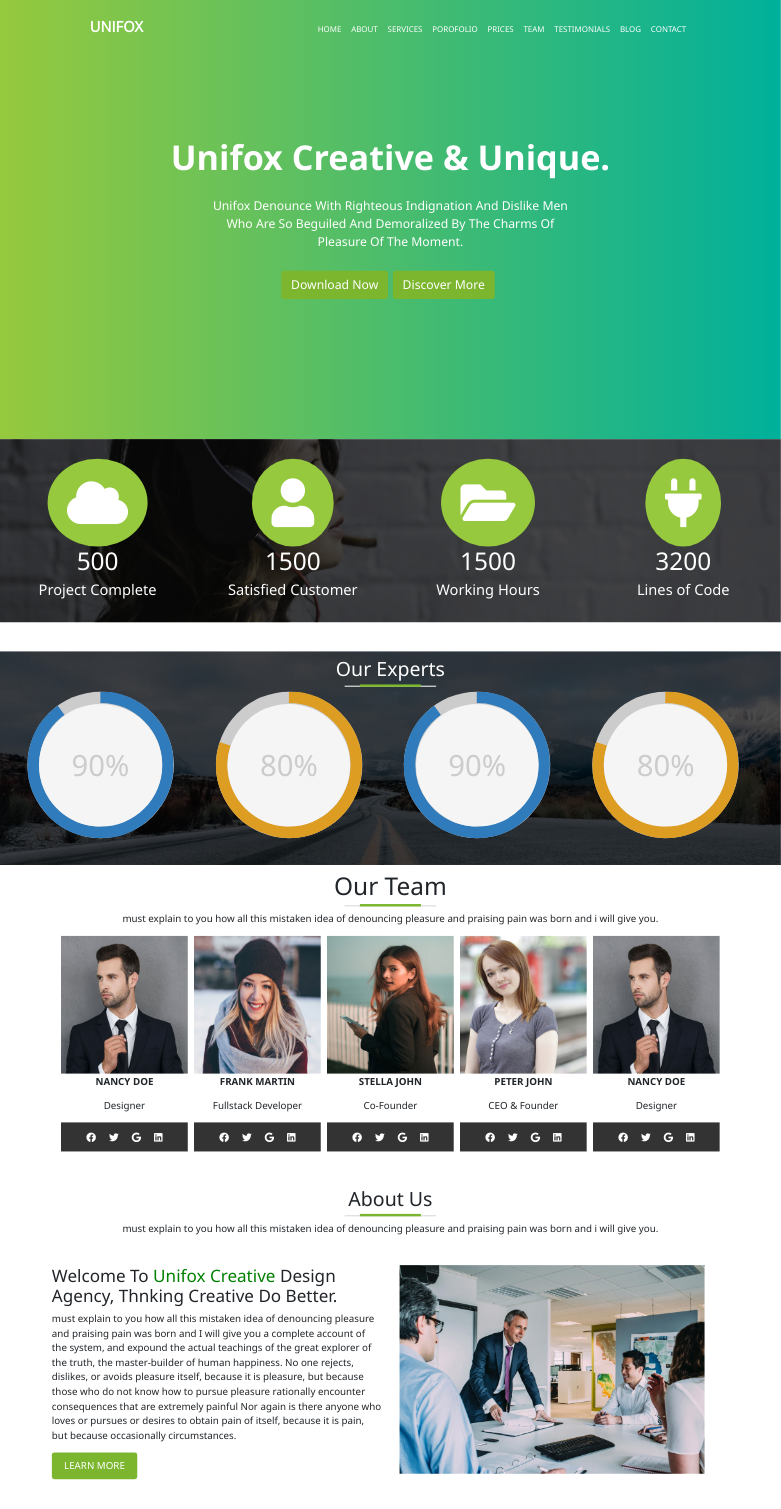
Repository: ibrkhalil/Uniforce-First-Attempt
Page: index.html
The author's editor kept a copy of each file at every save. The page is drawn from the files as they stood at one save, then again after the next save.
The browser window is 1280 px wide. The pictures show the whole page, at 61% of full size.
Backgrounds fixed to the window are drawn as part of the page.

Above is the page before, as saved 2021-01-24 02:33:47.

### index.html
<!DOCTYPE html>
<html lang="en">
  <head>
    <meta charset="UTF-8" />
    <link rel="stylesheet" href="./bootstrap.min.css" />
    <link rel="stylesheet" href="owl.carousel.css" />
    <link rel="preconnect" href="https://fonts.gstatic.com" />
    <link rel="stylesheet" href="./jquery-ui.css" />
    <link
      rel="stylesheet"
      href="https://use.fontawesome.com/releases/v5.15.2/css/all.css"
      integrity="sha384-vSIIfh2YWi9wW0r9iZe7RJPrKwp6bG+s9QZMoITbCckVJqGCCRhc+ccxNcdpHuYu"
      crossorigin="anonymous"
    />
    <link rel="stylesheet" href="./circle.css" />
    <link
      href="https://fonts.googleapis.com/css2?family=Open+Sans&display=swap"
      rel="stylesheet"
    />
    <link rel="stylesheet" href="style.css" />
    <meta name="viewport" content="width=device-width, initial-scale=1.0" />
    <title>Unifox</title>
  </head>

  <body>
    <div class="main-nav">
      <nav
        class="navbar navbar-expand-lg justify-content-around sticky-top navbar-fixed-top"
      >
        <!-- <div class="container"> -->
        <a class="navbar-brand" href="#"><h3 class="unifox">UNIFOX</h3></a>
        <button
          class="navbar-toggler"
          type="button"
          data-toggle="collapse"
          data-target="#navbarSupportedContent"
          aria-controls="navbarSupportedContent"
          aria-expanded="false"
          aria-label="Toggle navigation"
        >
          <span class="fa fa-bars fa-3x"></span>
        </button>
        <div class="">
          <div class="nav-items">
            <div class="collapse navbar-collapse" id="navbarSupportedContent">
              <ul class="navbar-nav mr-auto">
                <li class="item">
                  <a class="nav-link active" href="#">HOME</a>
                </li>
                <li class="nav-item"><a class="nav-link" href="#">ABOUT</a></li>
                <li class="nav-item">
                  <a class="nav-link" href="#">SERVICES</a>
                </li>
                <li class="nav-item">
                  <a class="nav-link" href="#">POROFOLIO</a>
                </li>
                <li class="nav-link"><a href="#">PRICES</a></li>
                <li class="nav-link"><a href="#">TEAM</a></li>
                <li class="nav-link"><a href="#">TESTIMONIALS</a></li>
                <li class="nav-link"><a href="#">BLOG</a></li>
                <li class="nav-link"><a href="#">CONTACT</a></li>
              </ul>
            </div>
          </div>
        </div>

        <!-- </div> -->
      </nav>

      <!-- nav end -->

      <div class="jumbotron">
        <h1 class="display-4 jumbo-main-text">
          <strong>Unifox Creative & Unique.</strong>
        </h1>
        <p class="lead jumbo-subtext">
          Unifox Denounce With Righteous Indignation And Dislike Men Who Are So
          Beguiled And Demoralized By The Charms Of Pleasure Of The Moment.
        </p>

        <div class="jumbo-btns">
          <p class="lead">
            <a class="btn jumbo-btn btn-primary btn-lg" href="#" role="button"
              >Download Now</a
            >
          </p>
          <p class="lead">
            <a class="btn jumbo-btn btn-primary btn-lg" href="#" role="button"
              >Discover More</a
            >
          </p>
        </div>
      </div>
      <!-- jumbotron end -->
      <!-- heading end -->
    </div>
    <div class="counting-number parallax">
      <div class="container-fluid">
        <div class="row">
          <div class="col-md-3">
            <i class="fa counting-icon fa-cloud fa-5x"></i>
            <h1 class="counter" data-count="500">0</h1>
            <h4>Project Complete</h4>
          </div>
          <div class="col-md-3">
            <i class="fa counting-icon fa-user fa-5x"></i>
            <h1 class="counter" data-count="1500">0</h1>
            <h4>Satisfied Customer</h4>
          </div>
          <div class="col-md-3">
            <i class="fa counting-icon fa-folder-open fa-5x"></i>
            <h1 class="counter" data-count="1500">0</h1>
            <h4>Working Hours</h4>
          </div>
          <div class="col-md-3">
            <i class="fa counting-icon fa-plug fa-5x"></i>
            <h1 class="counter" data-count="3200">0</h1>
            <h4>Lines of Code</h4>
          </div>
        </div>
      </div>
    </div>

    <br />
    <br />

    <!-- Counting number div -->
    <div class="our-experts-main">
      <h2 class="our-experts-word line">Our Experts</h2>

      <div class="our-experts">
        <div class="clearfix circular-icons">
          <div class="c100 p90 big blue">
            <span>90%</span>
            <div class="slice">
              <div class="bar"></div>
              <div class="fill"></div>
            </div>
          </div>
          <div class="c100 p80 big orange">
            <span>80%</span>
            <div class="slice">
              <div class="bar"></div>
              <div class="fill"></div>
            </div>
          </div>
          <div class="c100 p90 big blue">
            <span>90%</span>
            <div class="slice">
              <div class="bar"></div>
              <div class="fill"></div>
            </div>
          </div>

          <div class="c100 p80 big orange">
            <span>80%</span>
            <div class="slice">
              <div class="bar"></div>
              <div class="fill"></div>
            </div>
          </div>
        </div>
        <!-- /green -->

        <!-- orange -->
        <div class="clearfix"></div>
      </div>
    </div>

    <!-- experts end -->

    <div class="our-team">
      <div class="container">
        <div class="our-team-text">
          <h1 class="line">Our Team</h1>

          <p>
            must explain to you how all this mistaken idea of denouncing
            pleasure and praising pain was born and i will give you.
          </p>
        </div>
        <div class="top-content">
          <div class="container-fluid">
            <div class="owl-carousel owl-theme">
              <div class="item">
                <img
                  src="./images/1 (1).jpg"
                  class="img-fluid mx-auto d-block"
                  alt="img1"
                />
                <strong class="team-member-name">
                  <p>STELLA JOHN</p>
                </strong>
                <p>Co-Founder</p>
                <div class="social-media-icons" data-content="Link Hover">
                  <div
                    class="container d-flex justify-content-around align-items-center"
                  >
                    <i class="fab fa-facebook"></i>
                    <i class="fab fa-twitter"></i>
                    <i class="fab fa-google"></i>
                    <i class="fab fa-linkedin"></i>
                  </div>
                </div>
              </div>

              <div class="item">
                <img
                  src="./images/2 (1).jpg"
                  class="img-fluid mx-auto d-block"
                  alt="img2"
                />
                <strong class="team-member-name">
                  <p>PETER JOHN</p>
                </strong>
                <p>CEO & Founder</p>
                <div class="social-media-icons">
                  <div
                    class="container d-flex justify-content-around align-items-center"
                  >
                    <i class="fab fa-facebook"></i>
                    <i class="fab fa-twitter"></i>
                    <i class="fab fa-google"></i>
                    <i class="fab fa-linkedin"></i>
                  </div>
                </div>
              </div>

              <div class="item">
                <img
                  src="./images/3 (1).jpg"
                  class="img-fluid mx-auto d-block"
                  alt="img3"
                />
                <strong class="team-member-name">
                  <p>NANCY DOE</p>
                </strong>
                <p>Designer</p>
                <div class="social-media-icons">
                  <div
                    class="container d-flex justify-content-around align-items-center"
                  >
                    <i class="fab fa-facebook"></i>
                    <i class="fab fa-twitter"></i>
                    <i class="fab fa-google"></i>
                    <i class="fab fa-linkedin"></i>
                  </div>
                </div>
              </div>

              <div class="item">
                <img
                  src="./images/4.jpg"
                  class="img-fluid mx-auto d-block"
                  alt="img4"
                />
                <strong class="team-member-name">
                  <p>FRANK MARTIN</p>
                </strong>
                <p>Fullstack Developer</p>
                <div class="social-media-icons">
                  <div
                    class="container d-flex justify-content-around align-items-center"
                  >
                    <i class="fab fa-facebook"></i>
                    <i class="fab fa-twitter"></i>
                    <i class="fab fa-google"></i>
                    <i class="fab fa-linkedin"></i>
                  </div>
                </div>
              </div>
            </div>
          </div>
        </div>
      </div>
    </div>
        <section class="about-section my-5 green-bottom-border">
            <div class="container">
                <h2 class="line">About Us</h2>
                <p class="mb-5 aligny-center">must explain to you how all this mistaken idea of denouncing pleasure and praising pain was born and i will give you.</p>
                <div class="row">
                    <div class="col-md-6"><h3>Welcome To <span class="green-color">Unifox Creative</span> Design Agency, Thnking Creative Do Better.</h3><p>must explain to you how all this mistaken idea of denouncing pleasure and praising pain was born and I will give you a complete account of the system, and expound the actual teachings of the great explorer of the truth, the master-builder of human happiness. No one rejects, dislikes, or avoids pleasure itself, because it is pleasure, but because those who do not know how to pursue pleasure rationally encounter consequences that are extremely painful Nor again is there anyone who loves or pursues or desires to obtain pain of itself, because it is pain, but because occasionally circumstances.</p>
                    <a href="#" class="btn">LEARN MORE</a>
                    </div>
                    <div class="col-md-6">
                        <img src="./about-bg.jpg" src="about" width="500px">
                    </div>
                </div>
            </div>
            </section>

    <script src="./jquery.js"></script>
    <script src="./jquery-ui.js"></script>
    <script src="./owl.carousel.js"></script>
    <script src="./owl.autoplay.js"></script>
    <script src="./bootstrap.js"></script>
    <script src="./script.js"></script>
  </body>
</html>

Loaded but not shown: bootstrap.min.css (library); owl.carousel.css (library); jquery-ui.css (library); jquery.js (library); jquery-ui.js (library); owl.carousel.js (library); owl.autoplay.js (library); bootstrap.js (library); script.js (88 lines, source omitted); circle.css (879 lines, source omitted); style.css (339 lines, source omitted)

After the next save:
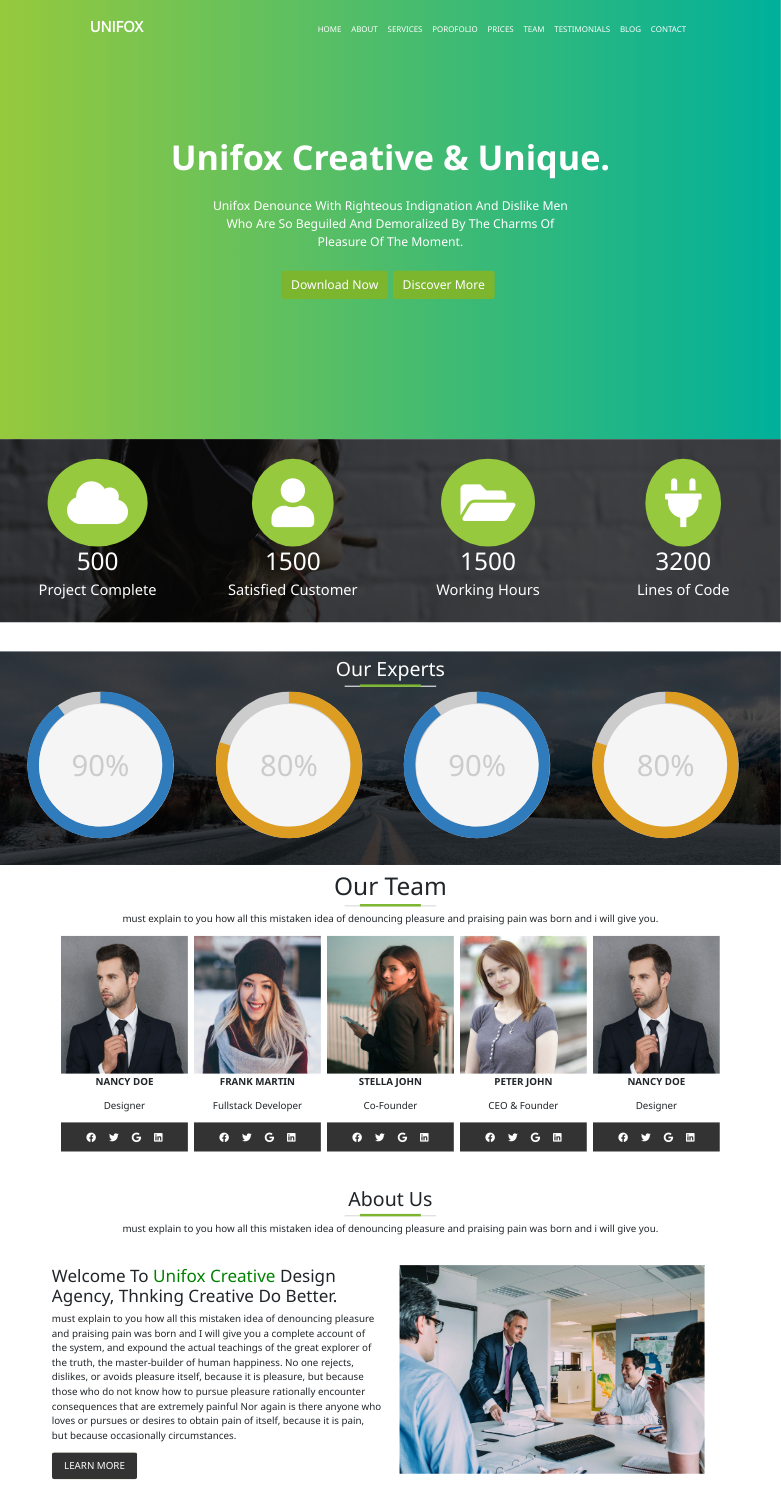
Saved 51 s later.
--- a/index.html
+++ b/index.html
@@ -280,7 +280,7 @@
                 <p class="mb-5 aligny-center">must explain to you how all this mistaken idea of denouncing pleasure and praising pain was born and i will give you.</p>
                 <div class="row">
                     <div class="col-md-6"><h3>Welcome To <span class="green-color">Unifox Creative</span> Design Agency, Thnking Creative Do Better.</h3><p>must explain to you how all this mistaken idea of denouncing pleasure and praising pain was born and I will give you a complete account of the system, and expound the actual teachings of the great explorer of the truth, the master-builder of human happiness. No one rejects, dislikes, or avoids pleasure itself, because it is pleasure, but because those who do not know how to pursue pleasure rationally encounter consequences that are extremely painful Nor again is there anyone who loves or pursues or desires to obtain pain of itself, because it is pain, but because occasionally circumstances.</p>
-                    <a href="#" class="btn">LEARN MORE</a>
+                    <a href="#" class="btn social-media-icons">LEARN MORE</a>
                     </div>
                     <div class="col-md-6">
                         <img src="./about-bg.jpg" src="about" width="500px">

After the save that followed:
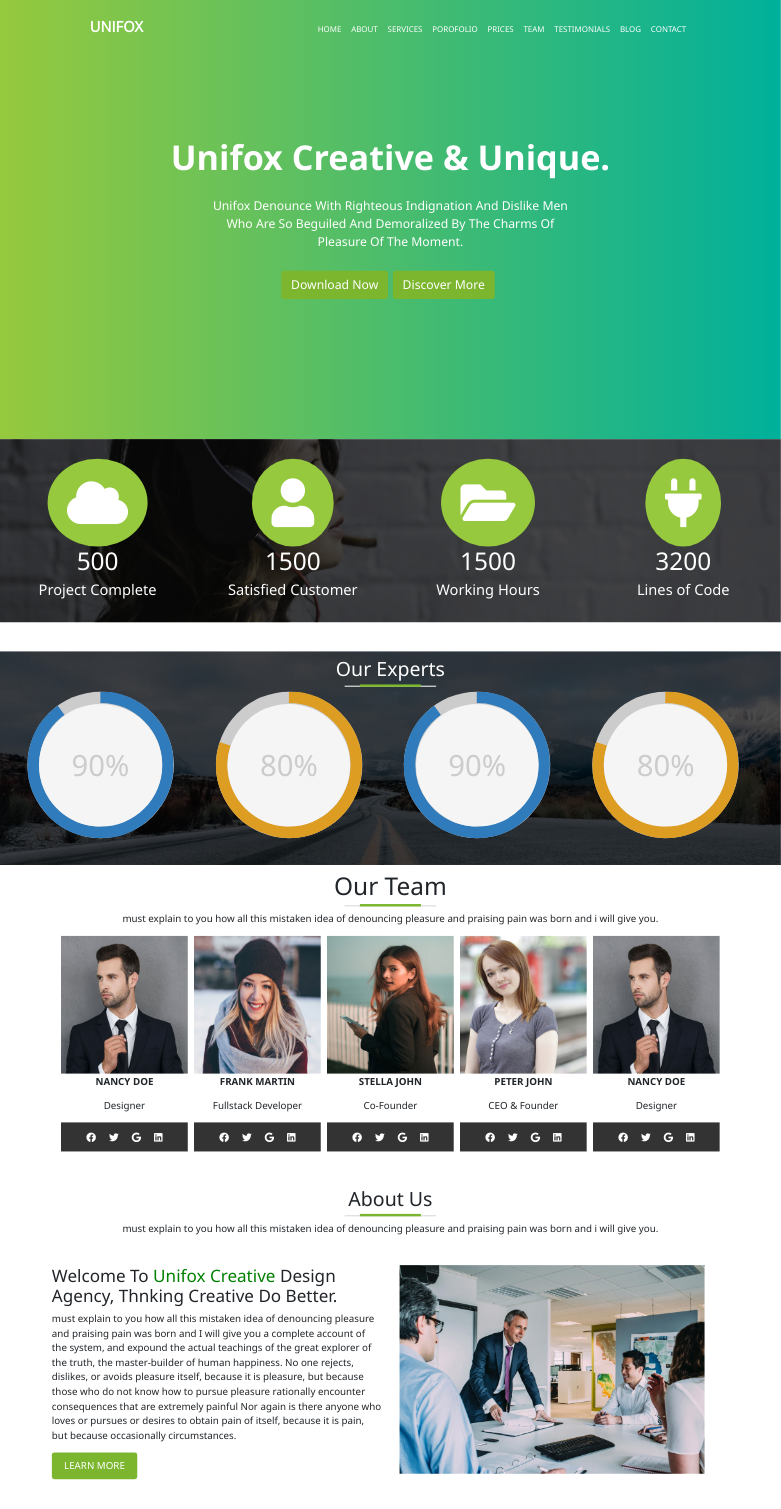
Saved 23 s later.
--- a/index.html
+++ b/index.html
@@ -280,7 +280,7 @@
                 <p class="mb-5 aligny-center">must explain to you how all this mistaken idea of denouncing pleasure and praising pain was born and i will give you.</p>
                 <div class="row">
                     <div class="col-md-6"><h3>Welcome To <span class="green-color">Unifox Creative</span> Design Agency, Thnking Creative Do Better.</h3><p>must explain to you how all this mistaken idea of denouncing pleasure and praising pain was born and I will give you a complete account of the system, and expound the actual teachings of the great explorer of the truth, the master-builder of human happiness. No one rejects, dislikes, or avoids pleasure itself, because it is pleasure, but because those who do not know how to pursue pleasure rationally encounter consequences that are extremely painful Nor again is there anyone who loves or pursues or desires to obtain pain of itself, because it is pain, but because occasionally circumstances.</p>
-                    <a href="#" class="btn social-media-icons">LEARN MORE</a>
+                    <a href="#" class="btn ">LEARN MORE</a>
                     </div>
                     <div class="col-md-6">
                         <img src="./about-bg.jpg" src="about" width="500px">
